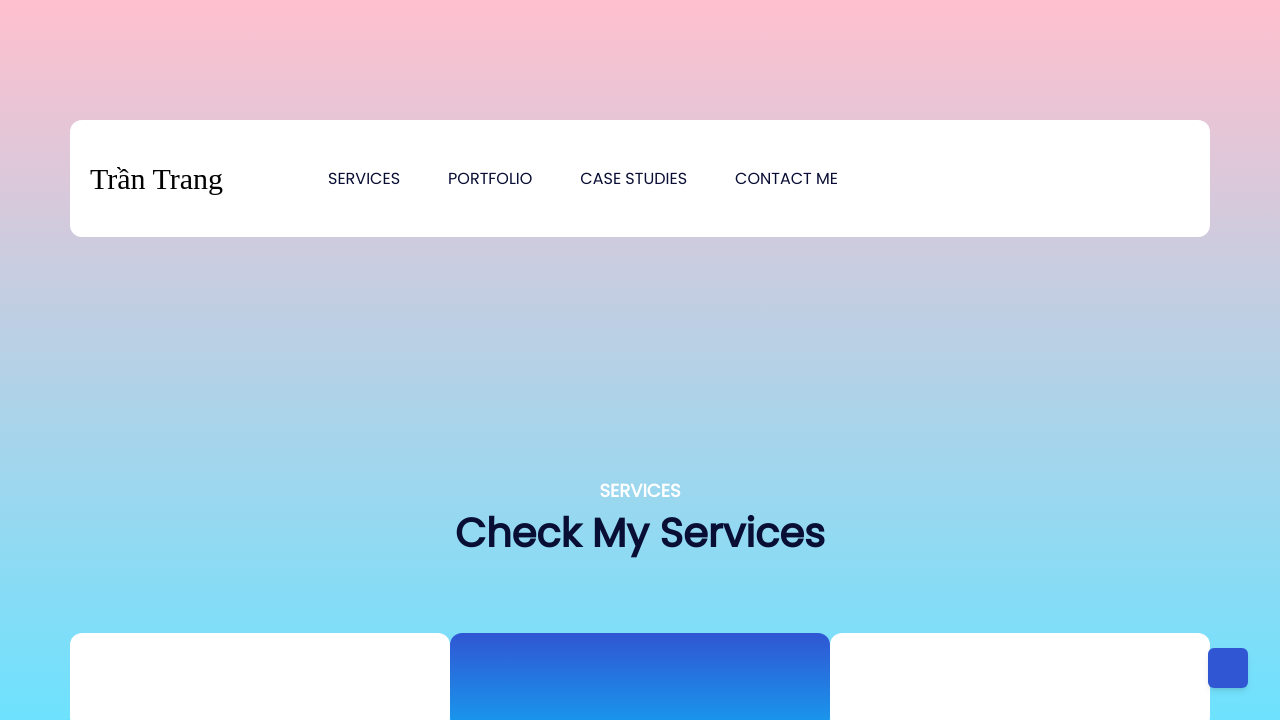
Repository: trantrang2101/CV
Page: index.html
The author's editor kept a copy of each file at every save. The page is drawn from the files as they stood at one save, then again after the next save.
The browser window is 1280 px wide. The pictures show the whole page.
An inner scrolling area shows only its first screen. Some web fonts or font styles are not loaded; a fallback is used.

Above is the page before, as saved 2022-07-13 19:27:52.
Console error: TypeError: Cannot read properties of null (reading 'offsetTop')

### index.html
<!DOCTYPE html>
<html lang="en" class="scroll-smooth">

<head>
    <meta charset="UTF-8" />
    <meta http-equiv="X-UA-Compatible" content="IE=edge" />
    <meta name="viewport" content="width=device-width, initial-scale=1.0" />
    <title>
        Play | Free Tailwind CSS Template for Startup and SaaS By TailGrids
    </title>
    <link rel="shortcut icon" href="assets/images/favicon.png" type="image/x-icon" />
    <link rel="stylesheet" href="assets/css/animate.css" />
    <link rel="stylesheet" href="assets/css/tailwind.css" />
    <link rel="stylesheet" href="assets/css/style.css" />

    <script src="assets/js/wow.min.js"></script>
    <script>
        new WOW().init();
    </script>
</head>

<body>
    <section id="home" class="pt-20 lg:pt-[120px] pb-20 lg:pb-[120px]">
        <div class="container">
            <div class="bg-white shadow-xl shadow-dark dark:shadow-xl dark:shadow-light wow fadeInUp rounded-xl"
                data-wow-delay=".2s" style="visibility: visible; animation-delay: 0.2s">
                <div class="flex -mx-4 px-5 items-center justify-between relative">
                    <div class="w-60 max-w-full">
                        <a href="#home" class="navbar-logo w-full block py-5">
                            <h1 class="font-script p-4">Trần Trang</h1>
                        </a>
                    </div>
                    <div class="flex justify-between items-center w-full">
                        <div>
                            <button id="navbarToggler"
                                class="block absolute mx-4 right-4 top-1/2 -translate-y-1/2 lg:hidden focus:ring-2 ring-primary px-3 py-[6px] rounded-lg">
                                <span class="relative w-[30px] h-[2px] my-[6px] block bg-dark"></span>
                                <span class="relative w-[30px] h-[2px] my-[6px] block bg-dark"></span>
                                <span class="relative w-[30px] h-[2px] my-[6px] block bg-dark"></span>
                            </button>
                            <nav id="navbarCollapse"
                                class="absolute py-5 lg:py-0 lg:px-4 xl:px-6 bg-white lg:bg-transparent shadow-lg rounded-lg max-w-[250px] w-full lg:max-w-full lg:w-full right-4 top-full hidden lg:block lg:static lg:shadow-none">
                                <ul class="blcok lg:flex">
                                    <li class="relative group">
                                        <a href="#services"
                                            class="ud-menu-scroll text-base text-dark lg:group-hover:opacity-70 lg:group-hover:text-dark group-hover:text-primary py-2 lg:py-6 lg:inline-flex lg:px-0 flex mx-8 lg:mr-0">
                                            SERVICES
                                        </a>
                                    </li>
                                    <li class="relative group">
                                        <a href="#portfolio"
                                            class="ud-menu-scroll text-base text-dark lg:text-dark lg:group-hover:opacity-70 lg:group-hover:text-dark group-hover:text-primary py-2 lg:py-6 lg:inline-flex lg:px-0 flex mx-8 lg:mr-0 lg:ml-7 xl:ml-12">
                                            PORTFOLIO
                                        </a>
                                    </li>
                                    <li class="relative group">
                                        <a href="#case"
                                            class="ud-menu-scroll text-base text-dark lg:text-dark lg:group-hover:opacity-70 lg:group-hover:text-dark group-hover:text-primary py-2 lg:py-6 lg:inline-flex lg:px-0 flex mx-8 lg:mr-0 lg:ml-7 xl:ml-12">
                                            CASE STUDIES
                                        </a>
                                    </li>
                                    <li class="relative group">
                                        <a href="#contact"
                                            class="ud-menu-scroll text-base text-dark lg:text-dark lg:group-hover:opacity-70 lg:group-hover:text-dark group-hover:text-primary py-2 lg:py-6 lg:inline-flex lg:px-0 flex mx-8 lg:mr-0 lg:ml-7 xl:ml-12">
                                            CONTACT ME
                                        </a>
                                    </li>
                                </ul>
                            </nav>
                        </div>
                    </div>
                </div>
            </div>
        </div>
    </section>
    <section id="services" class="pt-20 lg:pt-[120px] pb-12 lg:pb-[90px] relative z-20 overflow-hidden">
        <div class="container">
            <div class="flex flex-wrap -mx-4">
                <div class="w-full px-4">
                    <div class="text-center mx-auto mb-[60px] lg:mb-20 max-w-[620px]">
                        <span class="font-semibold text-lg text-white mb-2 block">
                            SERVICES
                        </span>
                        <h2 class="font-bold text-3xl sm:text-4xl md:text-[40px] text-dark mb-4">
                            Check My Services
                        </h2>
                    </div>
                </div>
            </div>

            <div class="flex flex-wrap items-center justify-around">
                <div class="w-full md:w-1/2 lg:w-1/3">
                    <div class="bg-white rounded-xl relative z-10 overflow-hidden border border-primary border-opacity-20 shadow-pricing py-10 px-8 sm:p-12 lg:py-10 lg:px-6 xl:p-12 mb-10 text-center wow fadeInUp"
                        data-wow-delay=".15s" style="visibility: visible; animation-delay: 0.15s">

                    </div>
                </div>
                <div class="w-full md:w-1/2 lg:w-1/3">
                    <div class="bg-primary bg-gradient-to-b from-primary to-[#179BEE] rounded-xl relative z-10 overflow-hidden shadow-pricing py-10 px-8 sm:p-12 lg:py-10 lg:px-6 xl:p-12 mb-10 text-center wow fadeInUp"
                        data-wow-delay=".1s" style="visibility: visible; animation-delay: 0.1s">

                    </div>
                </div>
                <div class="w-full md:w-1/2 lg:w-1/3">
                    <div class="bg-white rounded-xl relative z-10 overflow-hidden border border-primary border-opacity-20 shadow-pricing py-10 px-8 sm:p-12 lg:py-10 lg:px-6 xl:p-12 mb-10 text-center wow fadeInUp"
                        data-wow-delay=".15s" style="visibility: visible; animation-delay: 0.15s">

                    </div>
                </div>
            </div>
        </div>
    </section>
    <a href="javascript:void(0)"
        class="hidden items-center justify-center bg-primary text-white w-10 h-10 rounded-md fixed bottom-8 right-8 left-auto z-[999] hover:bg-dark back-to-top shadow-md transition duration-300 ease-in-out"
        style="display: flex">
        <span class="w-3 h-3 border-t border-l border-white rotate-45 mt-[6px]"></span>
    </a>
    <script src="assets/js/main.js"></script>
    <script>
        const pageLink = document.querySelectorAll(".ud-menu-scroll");
        pageLink.forEach((elem) => {
            elem.addEventListener("click", (e) => {
                e.preventDefault();
                document.querySelector(elem.getAttribute("href")).scrollIntoView({
                    behavior: "smooth",
                    offsetTop: 1 - 60,
                });
            });
        });

        // section menu active
        function onScroll(event) {
            const sections = document.querySelectorAll(".ud-menu-scroll");
            const scrollPos =
                window.pageYOffset ||
                document.documentElement.scrollTop ||
                document.body.scrollTop;

            for (let i = 0; i < sections.length; i++) {
                const currLink = sections[i];
                const val = currLink.getAttribute("href");
                const refElement = document.querySelector(val);
                const scrollTopMinus = scrollPos + 73;
                if (
                    refElement.offsetTop <= scrollTopMinus &&
                    refElement.offsetTop + refElement.offsetHeight > scrollTopMinus
                ) {
                    document
                        .querySelector(".ud-menu-scroll")
                        .classList.remove("active");
                    currLink.classList.add("active");
                } else {
                    currLink.classList.remove("active");
                }
            }
        }

        window.document.addEventListener("scroll", onScroll);
    </script>
</body>

</html>

### assets/css/style.css
html,
body {
  width: 100%;
  height: 100%;
}
html,
body {
  width: 100%;
  height: 100%;
  overflow: auto;
  background: linear-gradient(180deg, #ffc0ce 0%, #6de2fe 100%);
  background-repeat: no-repeat;
  background-position: center top;
  background-size: contain;
}
.font-script {
  font-family: "Imperial Script" !important;
}
h1.font-script {
  font-size: 30px;
}

### assets/js/main.js
(function () {
  "use strict";

  // ======= Sticky
  window.onscroll = function () {
    const ud_header = document.querySelector(".ud-header");
    const sticky = ud_header.offsetTop;
    const logo = document.querySelector(".header-logo");

    if (window.pageYOffset > sticky) {
      ud_header.classList.add("sticky");
    } else {
      ud_header.classList.remove("sticky");
    }

    // === logo change
    if (ud_header.classList.contains("sticky")) {
      logo.src = "assets/images/logo/logo.svg";
    } else {
      logo.src = "assets/images/logo/logo-white.svg";
    }

    // show or hide the back-top-top button
    const backToTop = document.querySelector(".back-to-top");
    if (
      document.body.scrollTop > 50 ||
      document.documentElement.scrollTop > 50
    ) {
      backToTop.style.display = "flex";
    } else {
      backToTop.style.display = "none";
    }
  };

  // ===== responsive navbar
  let navbarToggler = document.querySelector("#navbarToggler");
  const navbarCollapse = document.querySelector("#navbarCollapse");

  navbarToggler.addEventListener("click", () => {
    navbarToggler.classList.toggle("navbarTogglerActive");
    navbarCollapse.classList.toggle("hidden");
  });

  //===== close navbar-collapse when a  clicked
  document
    .querySelectorAll("#navbarCollapse ul li:not(.submenu-item) a")
    .forEach((e) =>
      e.addEventListener("click", () => {
        navbarToggler.classList.remove("navbarTogglerActive");
        navbarCollapse.classList.add("hidden");
      })
    );

  // ===== Sub-menu
  const submenuItems = document.querySelectorAll(".submenu-item");
  submenuItems.forEach((el) => {
    el.querySelector("a").addEventListener("click", () => {
      el.querySelector(".submenu").classList.toggle("hidden");
    });
  });

  // ===== Faq accordion
  const faqs = document.querySelectorAll(".single-faq");
  faqs.forEach((el) => {
    el.querySelector(".faq-btn").addEventListener("click", () => {
      el.querySelector(".icon").classList.toggle("rotate-180");
      el.querySelector(".faq-content").classList.toggle("hidden");
    });
  });

  // ===== wow js
  new WOW().init();

  // ====== scroll top js
  function scrollTo(element, to = 0, duration = 500) {
    const start = element.scrollTop;
    const change = to - start;
    const increment = 20;
    let currentTime = 0;

    const animateScroll = () => {
      currentTime += increment;

      const val = Math.easeInOutQuad(currentTime, start, change, duration);

      element.scrollTop = val;

      if (currentTime < duration) {
        setTimeout(animateScroll, increment);
      }
    };

    animateScroll();
  }

  Math.easeInOutQuad = function (t, b, c, d) {
    t /= d / 2;
    if (t < 1) return (c / 2) * t * t + b;
    t--;
    return (-c / 2) * (t * (t - 2) - 1) + b;
  };

  document.querySelector(".back-to-top").onclick = () => {
    scrollTo(document.documentElement);
  };
})();

Loaded but not shown: assets/css/animate.css (library); assets/css/tailwind.css (library); assets/js/wow.min.js (library)

After the next save:
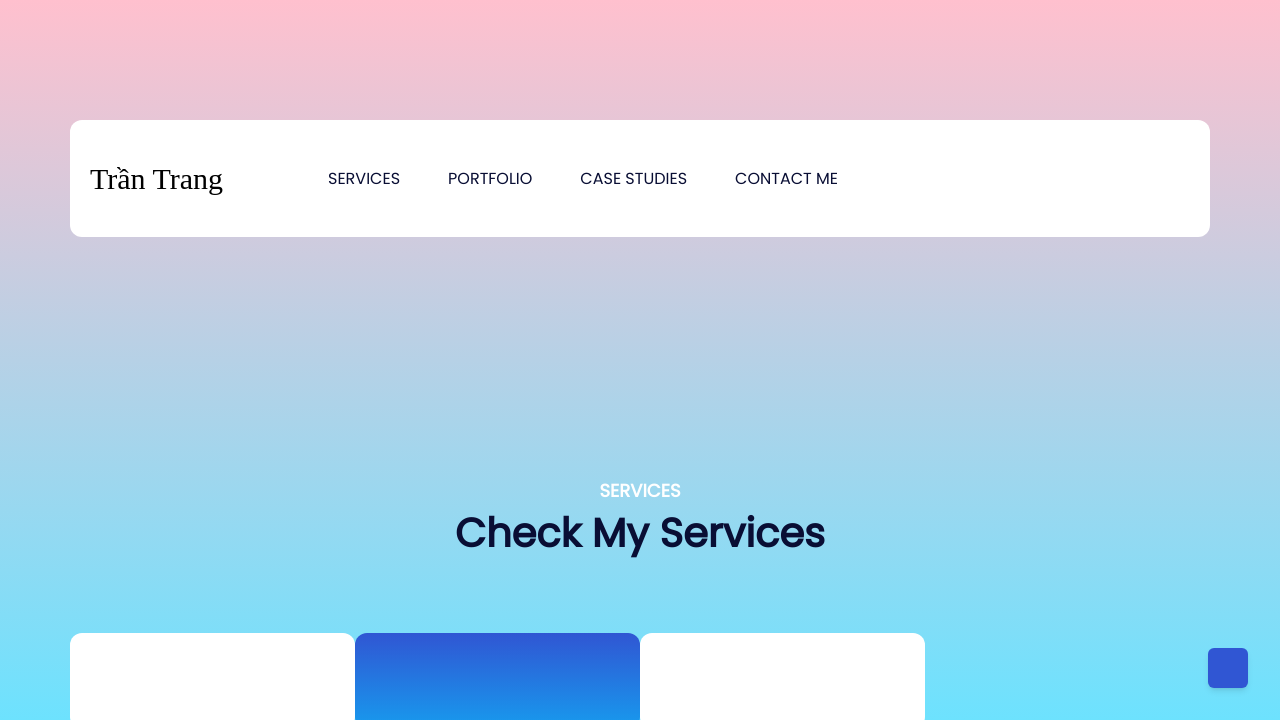
Saved 24 s later.
--- a/index.html
+++ b/index.html
@@ -89,19 +89,19 @@
             </div>
 
             <div class="flex flex-wrap items-center justify-around">
-                <div class="w-full md:w-1/2 lg:w-1/3">
+                <div class="w-full md:w-1/2 lg:w-1/4">
                     <div class="bg-white rounded-xl relative z-10 overflow-hidden border border-primary border-opacity-20 shadow-pricing py-10 px-8 sm:p-12 lg:py-10 lg:px-6 xl:p-12 mb-10 text-center wow fadeInUp"
                         data-wow-delay=".15s" style="visibility: visible; animation-delay: 0.15s">
 
                     </div>
                 </div>
-                <div class="w-full md:w-1/2 lg:w-1/3">
+                <div class="w-full md:w-1/2 lg:w-1/4">
                     <div class="bg-primary bg-gradient-to-b from-primary to-[#179BEE] rounded-xl relative z-10 overflow-hidden shadow-pricing py-10 px-8 sm:p-12 lg:py-10 lg:px-6 xl:p-12 mb-10 text-center wow fadeInUp"
                         data-wow-delay=".1s" style="visibility: visible; animation-delay: 0.1s">
 
                     </div>
                 </div>
-                <div class="w-full md:w-1/2 lg:w-1/3">
+                <div class="w-full md:w-1/2 lg:w-1/4">
                     <div class="bg-white rounded-xl relative z-10 overflow-hidden border border-primary border-opacity-20 shadow-pricing py-10 px-8 sm:p-12 lg:py-10 lg:px-6 xl:p-12 mb-10 text-center wow fadeInUp"
                         data-wow-delay=".15s" style="visibility: visible; animation-delay: 0.15s">
 

After the save that followed:
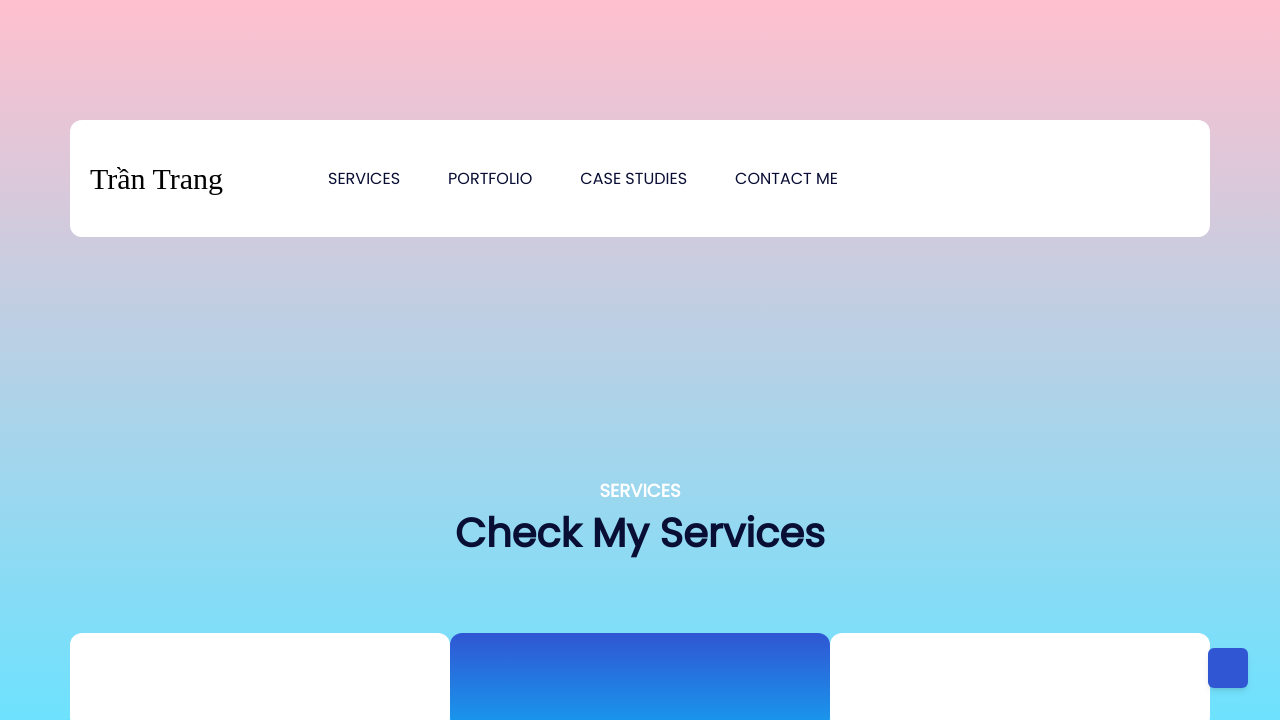
Saved 74 s later.
--- a/index.html
+++ b/index.html
@@ -88,20 +88,20 @@
                 </div>
             </div>
 
-            <div class="flex flex-wrap items-center justify-around">
-                <div class="w-full md:w-1/2 lg:w-1/4">
+            <div class="flex flex-wrap items-center space-x-4 justify-around">
+                <div class="w-full md:w-1/2 lg:w-1/3">
                     <div class="bg-white rounded-xl relative z-10 overflow-hidden border border-primary border-opacity-20 shadow-pricing py-10 px-8 sm:p-12 lg:py-10 lg:px-6 xl:p-12 mb-10 text-center wow fadeInUp"
                         data-wow-delay=".15s" style="visibility: visible; animation-delay: 0.15s">
 
                     </div>
                 </div>
-                <div class="w-full md:w-1/2 lg:w-1/4">
+                <div class="w-full md:w-1/2 lg:w-1/3">
                     <div class="bg-primary bg-gradient-to-b from-primary to-[#179BEE] rounded-xl relative z-10 overflow-hidden shadow-pricing py-10 px-8 sm:p-12 lg:py-10 lg:px-6 xl:p-12 mb-10 text-center wow fadeInUp"
                         data-wow-delay=".1s" style="visibility: visible; animation-delay: 0.1s">
 
                     </div>
                 </div>
-                <div class="w-full md:w-1/2 lg:w-1/4">
+                <div class="w-full md:w-1/2 lg:w-1/3">
                     <div class="bg-white rounded-xl relative z-10 overflow-hidden border border-primary border-opacity-20 shadow-pricing py-10 px-8 sm:p-12 lg:py-10 lg:px-6 xl:p-12 mb-10 text-center wow fadeInUp"
                         data-wow-delay=".15s" style="visibility: visible; animation-delay: 0.15s">
 
